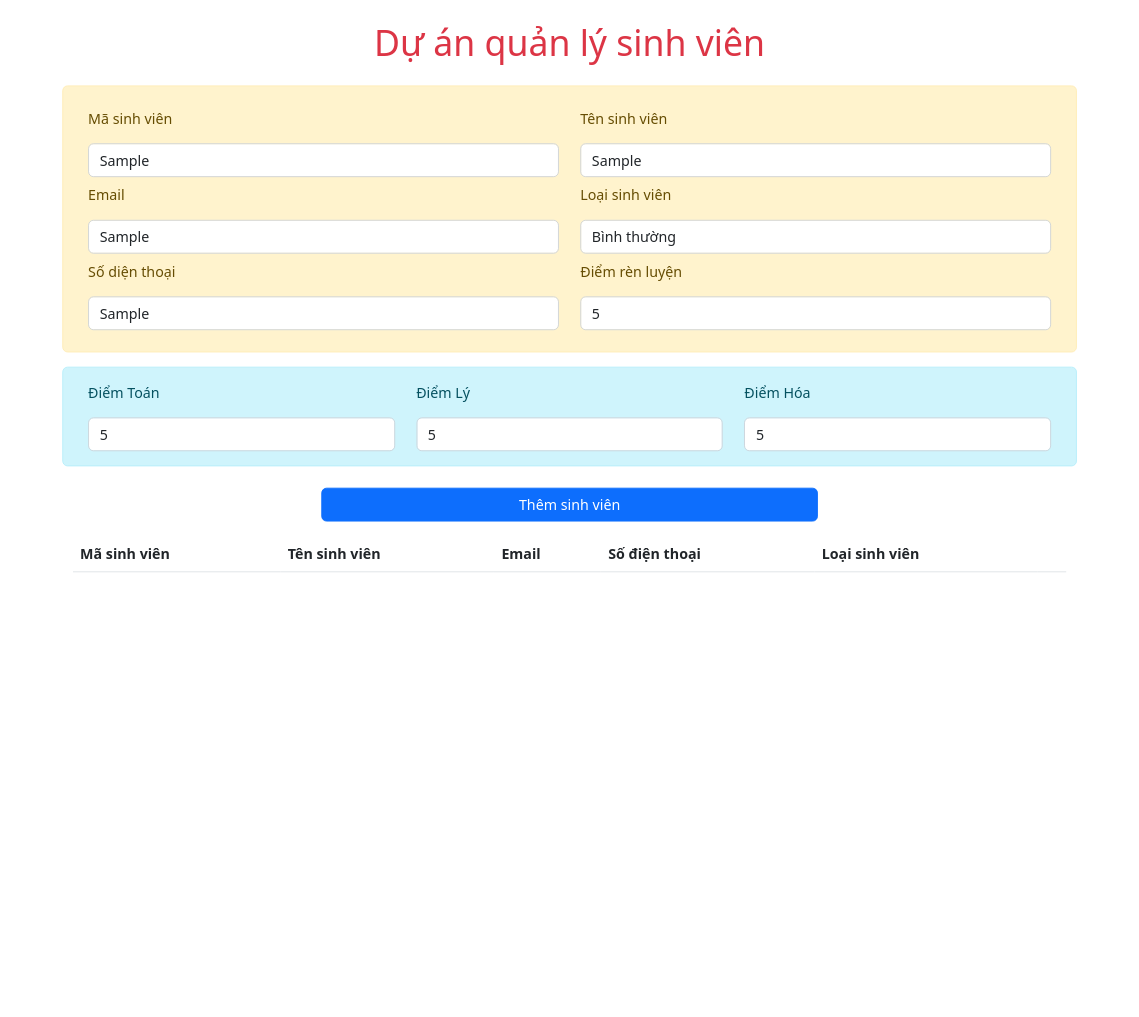
Repository: hcozyph/Cybersoft_JS_OOP
Page: index.html
The author's editor kept a copy of each file at every save. The page is drawn from the files as they stood at one save, then again after the next save.
The browser window is 1280 px wide. The pictures show the whole page, at 89% of full size.
Empty fields were first filled with sample values (such as "Sample", 5 or name@example.com).
After loading, the first visible `#btnThemSinhVien` was clicked once.

Above is the page before, as saved 2023-02-26 10:18:42.
Console error: ReferenceError: sv is not defined

### index.html
<!DOCTYPE html>
<html lang="en">
    <head>
        <title>Quản lý sinh viên</title>
        <!-- Required meta tags -->
        <meta charset="utf-8" />
        <meta
            name="viewport"
            content="width=device-width, initial-scale=1, shrink-to-fit=no"
        />

        <!-- Bootstrap CSS v5.2.1 -->
        <link
            href="https://cdn.jsdelivr.net/npm/bootstrap@5.2.1/dist/css/bootstrap.min.css"
            rel="stylesheet"
            integrity="sha384-iYQeCzEYFbKjA/T2uDLTpkwGzCiq6soy8tYaI1GyVh/UjpbCx/TYkiZhlZB6+fzT"
            crossorigin="anonymous"
        />

        <!-- index.css -->
        <link rel="stylesheet" href="./assets/styles/index.css" />
    </head>

    <body>
        <div class="container" style="margin-bottom: 500px">
            <div class="title">
                <h3 class="text-center fs-1 text-danger my-4">
                    Dự án quản lý sinh viên
                </h3>
            </div>

            <div class="content">
                <div class="row alert alert-warning">
                    <div class="col-md-6 col-lg-6">
                        <div class="form-group my-2">
                            <p>Mã sinh viên</p>
                            <input class="form-control" id="maSinhVien"></input>
                        </div>

                        <div class="form-group my-2">
                            <p>Email</p>
                            <input class="form-control" id="email"></input>
                        </div>

                        <div class="form-group my-2">
                            <p>Số diện thoại</p>
                            <input class="form-control" id="soDienThoai"></input>
                        </div>
                    </div>

                    <div class="col-md-6 col-lg-6">
                        <div class="form-group my-2">
                            <p>Tên sinh viên</p>
                            <input class="form-control" id="tenSinhVien"></input>
                        </div>

                        <div class="form-group my-2">
                            <p>Loại sinh viên</p>
                            <select class="form-control" id="loaiSinhVien">
                                <option value="">Bình thường</option>
                                <option value="">Khó khăn</option>
                            </select>
                        </div>

                        <div class="form-group my-2">
                            <p>Điểm rèn luyện</p>
                            <input type="number" class="form-control" id="diemRenLuyen">
                        </div>
                    </div>
                </div>

                <div class="alert alert-info row mt-2">
                    <div class="col-md-4">
                        <p>Điểm Toán</p>
                        <input type="number" id="diemToan" class="form-control" >
                    </div>
                    <div class="col-md-4">
                        <p>Điểm Lý</p>
                        <input type="number" id="diemLy" class="form-control" >
                    </div>
                    <div class="col-md-4">
                        <p>Điểm Hóa</p>
                        <input type="number" id="diemHoa" class="form-control" >
                    </div>
                </div>

                <div class="my-2 text-center">
                    <button class="btn btn-primary my-2 w-50 w-lg-25" id="btnThemSinhVien">Thêm sinh viên</button>
                </div>

                <table class="table mt-2">
                    <thead>
                        <tr style="    vertical-align: baseline">
                            <th>Mã sinh viên</th>
                            <th>Tên sinh viên</th>
                            <th>Email</th>
                            <th>Số điện thoại</th>
                            <th>Loại sinh viên</th>
                            <th></th>
                        </tr>
                    </thead>

                    <tbody id="tblSinhVien">
                        <!-- <td>
                            <tr></tr>
                            <tr></tr>
                        </td> -->
                    </tbody>
                </table>

            </div>
        </div>

        <!-- Bootstrap JavaScript Libraries -->
        <script
            src="https://cdn.jsdelivr.net/npm/@popperjs/core@2.11.6/dist/umd/popper.min.js"
            integrity="sha384-oBqDVmMz9ATKxIep9tiCxS/Z9fNfEXiDAYTujMAeBAsjFuCZSmKbSSUnQlmh/jp3"
            crossorigin="anonymous"
        ></script>

        <script
            src="https://cdn.jsdelivr.net/npm/bootstrap@5.2.1/dist/js/bootstrap.min.js"
            integrity="sha384-7VPbUDkoPSGFnVtYi0QogXtr74QeVeeIs99Qfg5YCF+TidwNdjvaKZX19NZ/e6oz"
            crossorigin="anonymous"
        ></script>

        <!-- models -->
        <script src="./models/SinhVien.js"></script>

        <!-- controller js -->
        <script src="./controllers/js/index.js"></script>
    </body>
</html>

### models/SinhVien.js
///--Đặt tên file -- Chữ cái đầu tiên VIẾT HOA

//---Định nghĩa prototype SinhVien

function SinhVien() {
    //input: sv: SinhVien
    this.maSinhVien = '';
    this.email = '';
    this.soDienThoai = '';
    this.tenSinhVien = '';
    this.loaiSinhVien = '';
    this.diemRenLuyen = '';

    this.diemToan = '';
    this.diemLy = '';
    this.diemHoa = '';

    //output:
    //--Step 1: tạo thẻ tr
    var tr = document.createElement('tr');

    //--Step 2: tạo ra các thẻ td từ sv (thông tin sinh viên)
    var tdMaSv = document.createElement('td');
    tdMaSv.innerHTML = sv.maSinhVien;
    var tdTenSinhVien = document.createElement('td');
    tdTenSinhVien.innerHTML = sv.tenSinhVien;
    var tdEmail = document.createElement('td');
    tdEmail.innerHTML = sv.email;


    var tdLoaiSinhVien = document.createElement('td');
    tdLoaiSinhVien.innerHTML = sv.loaiSinhVien;
    var tdSoDienThoai = document.createElement('td');
    tdSoDienThoai.innerHTML = sv.soDienThoai;
    var tdDiemRenLuyen = document.createElement('td');
    tdDiemRenLuyen.innerHTML = sv.diemRenLuyen;


    var tdDiemToan = document.createElement('td');
    tdDiemToan.innerHTML = sv.diemToan;
    var tdDiemLy = document.createElement('td');
    tdDiemLy.innerHTML = sv.diemLy;
    var tdDiemHoa = document.createElement('td');
    tdDiemHoa.innerHTML = sv.diemHoa;


    //----ĐƯA CÁC THẺ TD VÀO TR
    tr.appendChild(tdMaSv);
    tr.appendChild(tdTenSinhVien);
    tr.appendChild(tdEmail);

    tr.appendChild(tdSoDienThoai);
    tr.appendChild(tdLoaiSinhVien);
    tr.appendChild(tdDiemRenLuyen);

    tr.appendChild(tdDiemToan);
    tr.appendChild(tdDiemLy);
    tr.appendChild(tdDiemHoa);

    //Đưa thẻ tr lên giao diện
    querySelector('tbody').appendChild(tr);
}

### controllers/js/index.js
////----MÔ HÌNH MVC
/*
    M [model]       -- nơi chứa các file js là prototype (class)
    V [view]        -- nơi chứa các file giao diện (.html)
    C [controller]  -- các file điều hướng giao diện (index.html => index.js, qlsp.html => qlsp.js)

    ---------------------------------------------------

    util    -- chứa các file dùng chung cho dự án (ví dụ: các method sử dụng ở các dự án trước, hoặc libs [thư viện js] )
    assets  -- là folder chứa tài nguyên của hệ thống (img, audio, viddeo, css, font,...)

*/

function getEle(n) {
    return document.getElementById(n);
}

function querySelector(n) {
    return document.querySelector(n);
}

getEle('btnThemSinhVien').onclick = function () {
    //input: sinhVien: SinhVien
    var sv = new SinhVien();
    console.log(sv)

    sv.maSinhVien = querySelector('#maSinhVien').value;
    sv.tenSinhVien = querySelector('#tenSinhVien').value;
    sv.email = querySelector('#email').value;
    sv.soDienThoai = querySelector('#soDienThoai').value;

    sv.loaiSinhVien = querySelector('#loaiSinhVien').value;
    sv.diemRenLuyen = querySelector('#diemRenLuyen').value;

    sv.diemToan = querySelector('#diemToan').value;
    sv.diemLy = querySelector('#diemLy').value;
    sv.diemHoa = querySelector('#diemHoa').value;

    //output:
    //--Step 1: tạo thẻ tr
    var tr = document.createElement('tr');

    //--Step 2: tạo ra các thẻ td từ sv (thông tin sinh viên)
    var tdMaSv = document.createElement('td');
    tdMaSv.innerHTML = sv.maSinhVien;
    var tdTenSinhVien = document.createElement('td');
    tdTenSinhVien.innerHTML = sv.tenSinhVien;
    var tdEmail = document.createElement('td');
    tdEmail.innerHTML = sv.email;


    var tdLoaiSinhVien = document.createElement('td');
    tdLoaiSinhVien.innerHTML = sv.loaiSinhVien;
    var tdSoDienThoai = document.createElement('td');
    tdSoDienThoai.innerHTML = sv.soDienThoai;
    var tdDiemRenLuyen = document.createElement('td');
    tdDiemRenLuyen.innerHTML = sv.diemRenLuyen;


    var tdDiemToan = document.createElement('td');
    tdDiemToan.innerHTML = sv.diemToan;
    var tdDiemLy = document.createElement('td');
    tdDiemLy.innerHTML = sv.diemLy;
    var tdDiemHoa = document.createElement('td');
    tdDiemHoa.innerHTML = sv.diemHoa;


    //----ĐƯA CÁC THẺ TD VÀO TR
    tr.appendChild(tdMaSv);
    tr.appendChild(tdTenSinhVien);
    tr.appendChild(tdEmail);

    tr.appendChild(tdSoDienThoai);
    tr.appendChild(tdLoaiSinhVien);
    tr.appendChild(tdDiemRenLuyen);

    tr.appendChild(tdDiemToan);
    tr.appendChild(tdDiemLy);
    tr.appendChild(tdDiemHoa);

    //Đưa thẻ tr lên giao diện
    querySelector('tbody').appendChild(tr);





}

Loaded but not shown: assets/styles/index.css (no stored copy; drawn as an empty file)

After the next save:
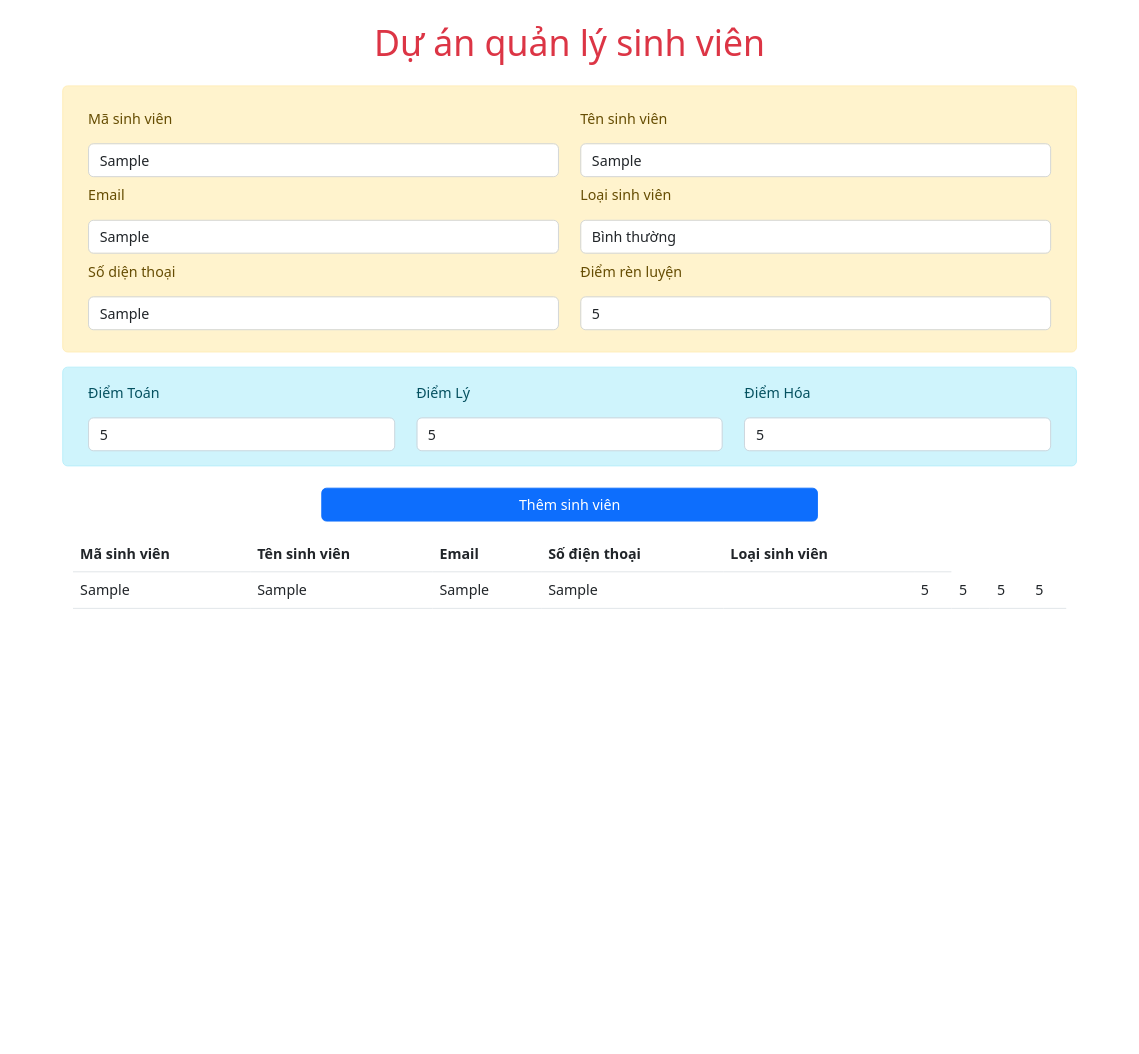
The error is gone.
Saved 1 s later.
--- a/models/SinhVien.js
+++ b/models/SinhVien.js
@@ -15,48 +15,5 @@ function SinhVien() {
     this.diemLy = '';
     this.diemHoa = '';
 
-    //output:
-    //--Step 1: tạo thẻ tr
-    var tr = document.createElement('tr');
 
-    //--Step 2: tạo ra các thẻ td từ sv (thông tin sinh viên)
-    var tdMaSv = document.createElement('td');
-    tdMaSv.innerHTML = sv.maSinhVien;
-    var tdTenSinhVien = document.createElement('td');
-    tdTenSinhVien.innerHTML = sv.tenSinhVien;
-    var tdEmail = document.createElement('td');
-    tdEmail.innerHTML = sv.email;
-
-
-    var tdLoaiSinhVien = document.createElement('td');
-    tdLoaiSinhVien.innerHTML = sv.loaiSinhVien;
-    var tdSoDienThoai = document.createElement('td');
-    tdSoDienThoai.innerHTML = sv.soDienThoai;
-    var tdDiemRenLuyen = document.createElement('td');
-    tdDiemRenLuyen.innerHTML = sv.diemRenLuyen;
-
-
-    var tdDiemToan = document.createElement('td');
-    tdDiemToan.innerHTML = sv.diemToan;
-    var tdDiemLy = document.createElement('td');
-    tdDiemLy.innerHTML = sv.diemLy;
-    var tdDiemHoa = document.createElement('td');
-    tdDiemHoa.innerHTML = sv.diemHoa;
-
-
-    //----ĐƯA CÁC THẺ TD VÀO TR
-    tr.appendChild(tdMaSv);
-    tr.appendChild(tdTenSinhVien);
-    tr.appendChild(tdEmail);
-
-    tr.appendChild(tdSoDienThoai);
-    tr.appendChild(tdLoaiSinhVien);
-    tr.appendChild(tdDiemRenLuyen);
-
-    tr.appendChild(tdDiemToan);
-    tr.appendChild(tdDiemLy);
-    tr.appendChild(tdDiemHoa);
-
-    //Đưa thẻ tr lên giao diện
-    querySelector('tbody').appendChild(tr);
 }
